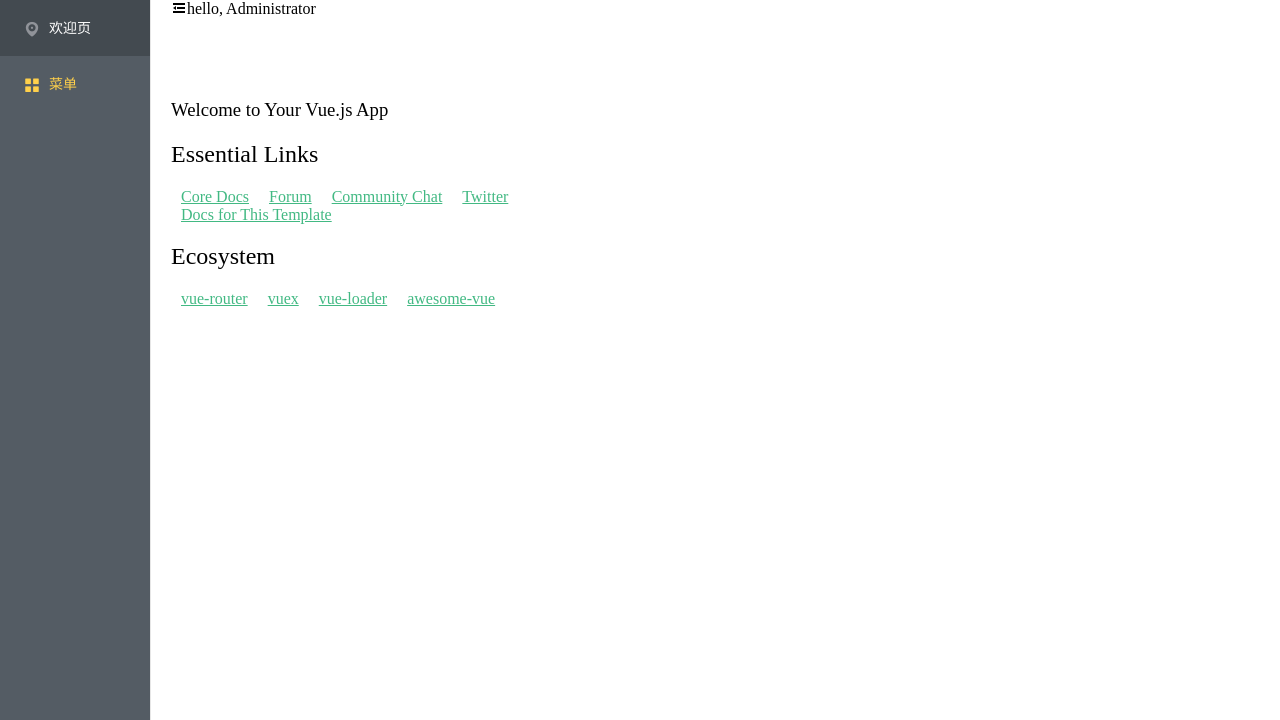
Repository: qianxuebing/admin
Page: /HelloWorld
An editor plug-in stored every save of this project. The page is shown before and after the next save, followed by the edit.
The browser window is 1280 px wide. The pictures show the whole page.
The project was rebuilt for these pictures with package versions that can differ from the ones it lists, and the page was loaded fresh each time. Imported but missing from the stored project, and not drawn on this page: src/views/home/Home.

Above is the page before, as saved 2019-12-09 15:30:01.

After the next save:
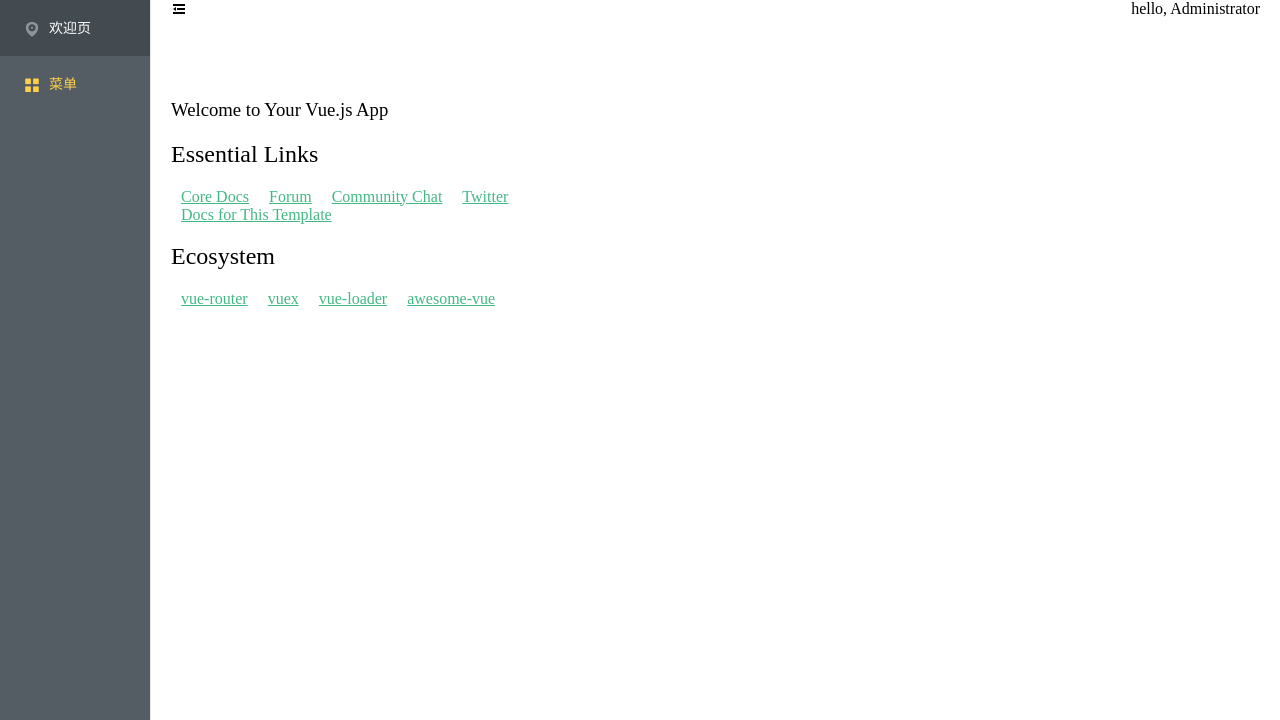
Saved 80 s later.
--- a/src/components/NavBar.vue
+++ b/src/components/NavBar.vue
@@ -1,5 +1,5 @@
 <template>
-  <div>
+  <div class="header">
     <i :class="`${isActive ? 'el-icon-s-unfold' : 'el-icon-s-fold'}`" @click="toggleSideBar"></i>
     <span>hello, Administrator</span>
   </div>
@@ -20,5 +20,9 @@ export default {
 </script>
 
 <style>
-
+	.header {
+		display: flex;
+		justify-content: space-between;
+		align-items: center;
+	}
 </style>
